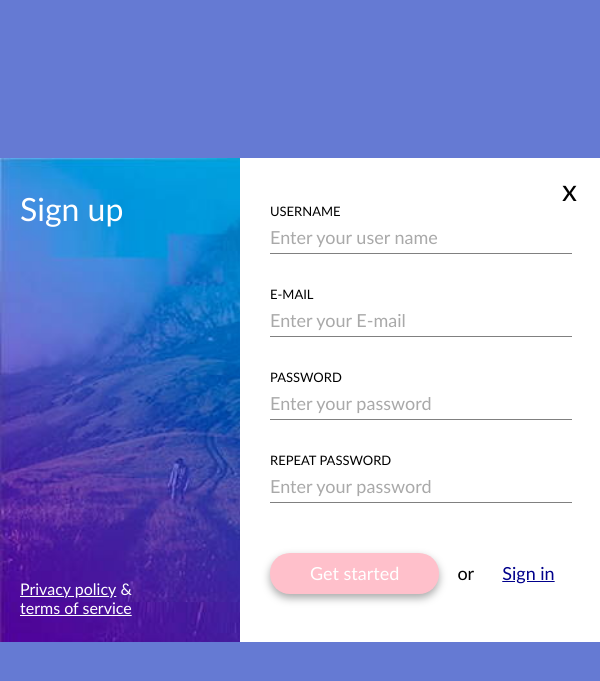
Repository: RugileG/registracijos-forma
Page: index.html
The author's editor kept a copy of each file at every save. The page is drawn from the files as they stood at one save, then again after the next save.
The browser window is 600 px wide. The pictures show the whole page.

Above is the page before, as saved 2021-05-19 10:45:16.

After the next save:
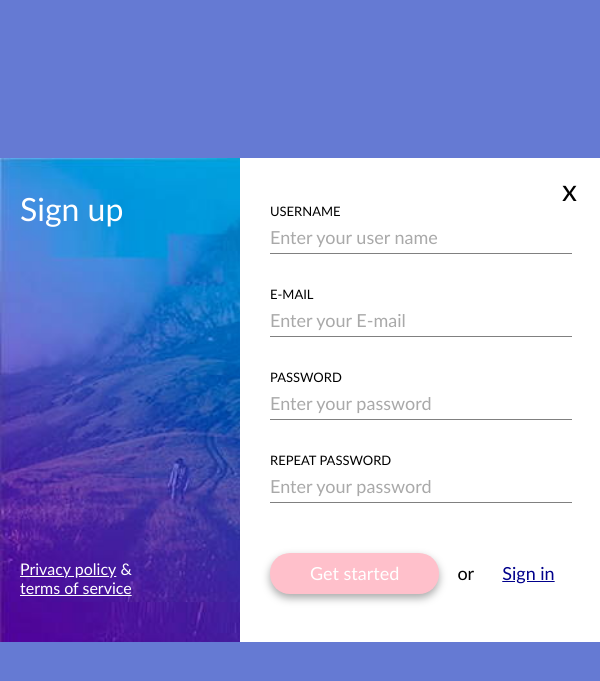
Saved 7 s later.
--- a/index.html
+++ b/index.html
@@ -175,7 +175,7 @@
             }
 
             .links {
-
+                bottom: 45px;
             }
         }
 
